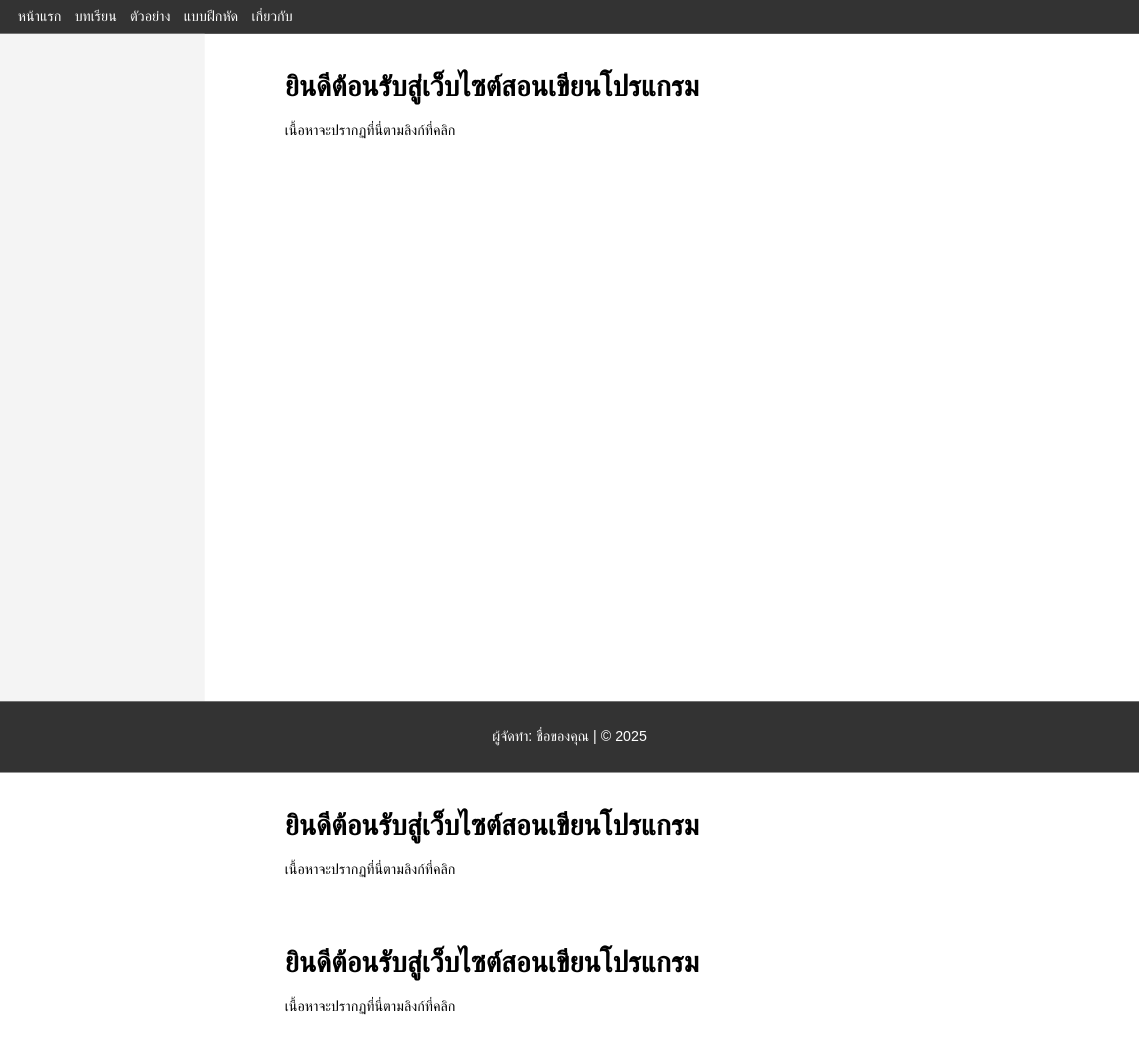
Repository: staggil/thesis
Page: index.html
The author's editor kept a copy of each file at every save. The page is drawn from the files as they stood at one save, then again after the next save.
The browser window is 1280 px wide. The pictures show the whole page, at 89% of full size.

Above is the page before, as saved 2025-12-08 03:38:48.

### index.html
<!DOCTYPE html>
<html lang="th">
<head>
    <meta charset="UTF-8">
    <meta name="viewport" content="width=device-width, initial-scale=1.0">
    <title>เว็บไซต์สอนเขียนโปรแกรม</title>
    <link rel="stylesheet" href="style.css">
    <script src="script.js" defer></script>
</head>
<body data-sidebar="/components/empty.html">

    <!-- Header -->
    <div id="header-placeholder"></div>

    <!-- Sidebar -->
    <div id="sidebar-placeholder"></div>

    <!-- Content -->
    <main id="main-content">
        <h1>ยินดีต้อนรับสู่เว็บไซต์สอนเขียนโปรแกรม</h1>
        <p>เนื้อหาจะปรากฏที่นี่ตามลิงก์ที่คลิก</p>
    </main>

    <!-- Footer -->
    <div id="footer-placeholder"></div>

</body>
</html>
<!DOCTYPE html>
<html lang="th">
<head>
    <meta charset="UTF-8">
    <meta name="viewport" content="width=device-width, initial-scale=1.0">
    <title>เว็บไซต์สอนเขียนโปรแกรม</title>
    <link rel="stylesheet" href="style.css">
    <script src="script.js" defer></script>
</head>
<body class="empty" data-sidebar="/components/empty.html">

    <!-- Header -->
    <div id="header-placeholder"></div>

    <!-- Sidebar -->
    <div id="sidebar-placeholder"></div>

    <!-- Content -->
    <main id="main-content">
        <h1>ยินดีต้อนรับสู่เว็บไซต์สอนเขียนโปรแกรม</h1>
        <p>เนื้อหาจะปรากฏที่นี่ตามลิงก์ที่คลิก</p>
    </main>

    <!-- Footer -->
    <div id="footer-placeholder"></div>

</body>
</html>
<!DOCTYPE html>
<html lang="th">
<head>
    <meta charset="UTF-8">
    <meta name="viewport" content="width=device-width, initial-scale=1.0">
    <title>เว็บไซต์สอนเขียนโปรแกรม</title>
    <link rel="stylesheet" href="style.css">
    <script src="script.js" defer></script>
</head>
<body data-sidebar="/components/empty.html">

    <!-- Header -->
    <div id="header-placeholder"></div>

    <!-- Sidebar -->
    <div id="sidebar-placeholder"></div>

    <!-- Content -->
    <main id="main-content">
        <h1>ยินดีต้อนรับสู่เว็บไซต์สอนเขียนโปรแกรม</h1>
        <p>เนื้อหาจะปรากฏที่นี่ตามลิงก์ที่คลิก</p>
    </main>

    <!-- Footer -->
    <div id="footer-placeholder"></div>

</body>
</html>

### style.css
/* =========================
   Reset & Body
   ========================= */
body {
    margin: 0;
    font-family: Arial, sans-serif;
    box-sizing: border-box;
}

/* =========================
   Header
   ========================= */
header {
    background-color: #333;
    color: white;
    padding: 10px 20px;
}

.navbar ul {
    list-style: none;
    display: flex;
    gap: 15px;
    padding: 0;
    margin: 0;
}

.navbar ul li a {
    color: white;
    text-decoration: none;
}

/* =========================
   Sidebar
   ========================= */
#sidebar {
    width: 200px;               /* กำหนดความกว้าง */
    background-color: #f4f4f4;  /* สีพื้นหลัง */
    padding: 15px;              /* ระยะขอบภายใน */
    float: left;                /* ลอยซ้าย */
    height: 100vh;              /* ความสูงเต็มหน้าจอ */
    overflow-y: auto;           /* scroll ถ้ายาวเกิน */
}

#sidebar ul {
    list-style: none;
    padding: 0;
}

#sidebar ul li {
    margin-bottom: 10px;
}

#sidebar ul li a {
    text-decoration: none;
    color: #333;
    display: block;
    padding: 8px;
    border-radius: 4px;
    transition: background 0.3s;
}

#sidebar ul li a:hover {
    background-color: #ddd;
}

/* =========================
   Main Content
   ========================= */
#main-content {
    padding: 20px;          /* ระยะขอบภายใน */
    margin-left: 300px;     /* เว้นระยะจาก sidebar (sidebar width + 20px) */
    max-width: 700px;
}

/* กรณีหน้า index.html ไม่มี sidebar */
body.index #main-content {
    margin-left: 0;
    max-width: 700px;        /* กว้างเท่ากับหน้าที่มี sidebar */
    margin: 0 auto;          /* จัด content กลางหน้า */
}

/* =========================
   Footer
   ========================= */
footer {
    clear: both;
    background-color: #333;
    color: white;
    text-align: center;
    padding: 15px;
    position: relative;
}

/* =========================
   Responsive (มือถือ)
   ========================= */
@media screen and (max-width: 768px) {
    #sidebar {
        width: 100%;
        height: auto;
        float: none;
    }
    #main-content {
        margin-left: 0;
        padding: 15px;
    }

    .navbar ul {
        flex-direction: column;
        gap: 5px;
    }
}

### script.js
function loadComponent(filePath, elementId) {
    if (!filePath) return;
    const el = document.getElementById(elementId);
    if (!el) {
        console.error(`ไม่พบ element id="${elementId}"`);
        return;
    }
    fetch(filePath)
        .then(response => {
            if (!response.ok) throw new Error("ไม่พบไฟล์ " + filePath);
            return response.text();
        })
        .then(data => {
            el.innerHTML = data;
        })
        .catch(error => console.error(error));
}

document.addEventListener("DOMContentLoaded", function() {
    loadComponent("/components/header.html", "header-placeholder");
    loadComponent("/components/footer.html", "footer-placeholder");

    const sidebarFile = document.body.getAttribute("data-sidebar");
    loadComponent(sidebarFile, "sidebar-placeholder");
});

### components/header.html
<header>
    <nav class="navbar">
        <ul>
            <li><a href="/index.html">หน้าแรก</a></li>
            <li><a href="/lessons/intro.html">บทเรียน</a></li>
            <li><a href="/examples/draw-rect.html">ตัวอย่าง</a></li>
            <li><a href="/exercises/exercise1.html">แบบฝึกหัด</a></li>
            <li><a href="/about/about.html">เกี่ยวกับ</a></li>
        </ul>
    </nav>
</header>

### components/footer.html
<footer>
    <p>ผู้จัดทำ: ชื่อของคุณ | © 2025</p>
</footer>

### components/empty.html
<aside id="sidebar" class="empty-sidebar">
    <ul>

    </ul>
</aside>

After the next save:
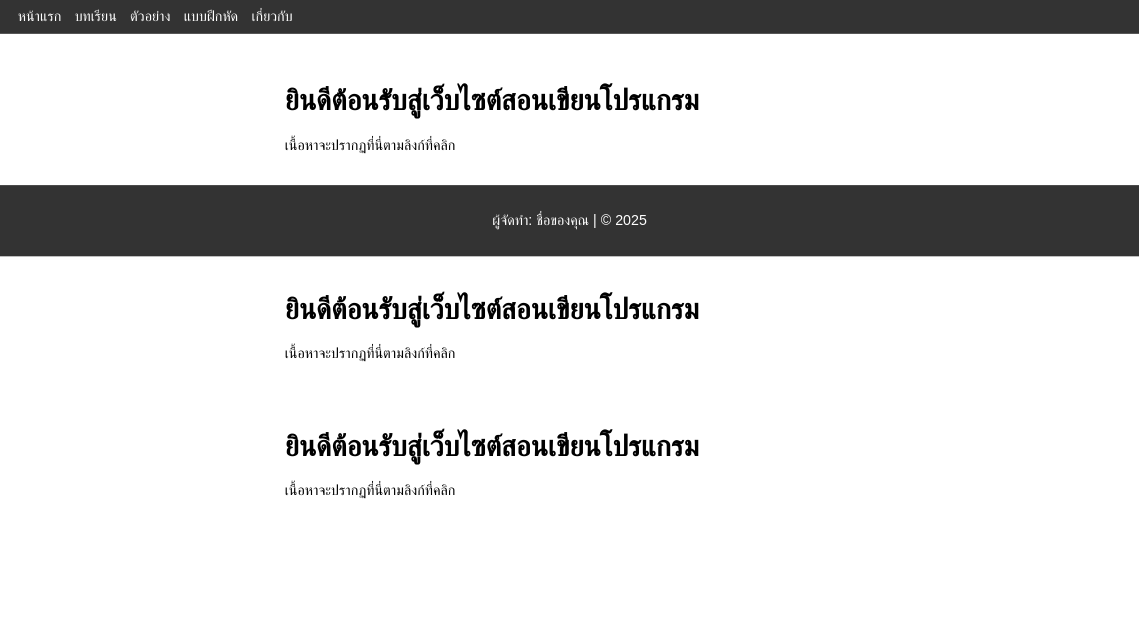
Saved 72 s later.
--- a/style.css
+++ b/style.css
@@ -110,3 +110,15 @@
         gap: 5px;
     }
 }
+
+/* =========================
+   Empty sidebar
+   ========================= */
+#sidebar.empty-sidebar {
+    background-color: #fff;  /* สีเดียวกับ container ของ main-content */
+    padding: 0;              /* ไม่ต้องมี padding */
+    width: 0;                /* ไม่กินพื้นที่ */
+    float: none;             /* ไม่ลอยซ้าย */
+    height: auto;
+    overflow: visible;
+}

After the 3 saves that followed:
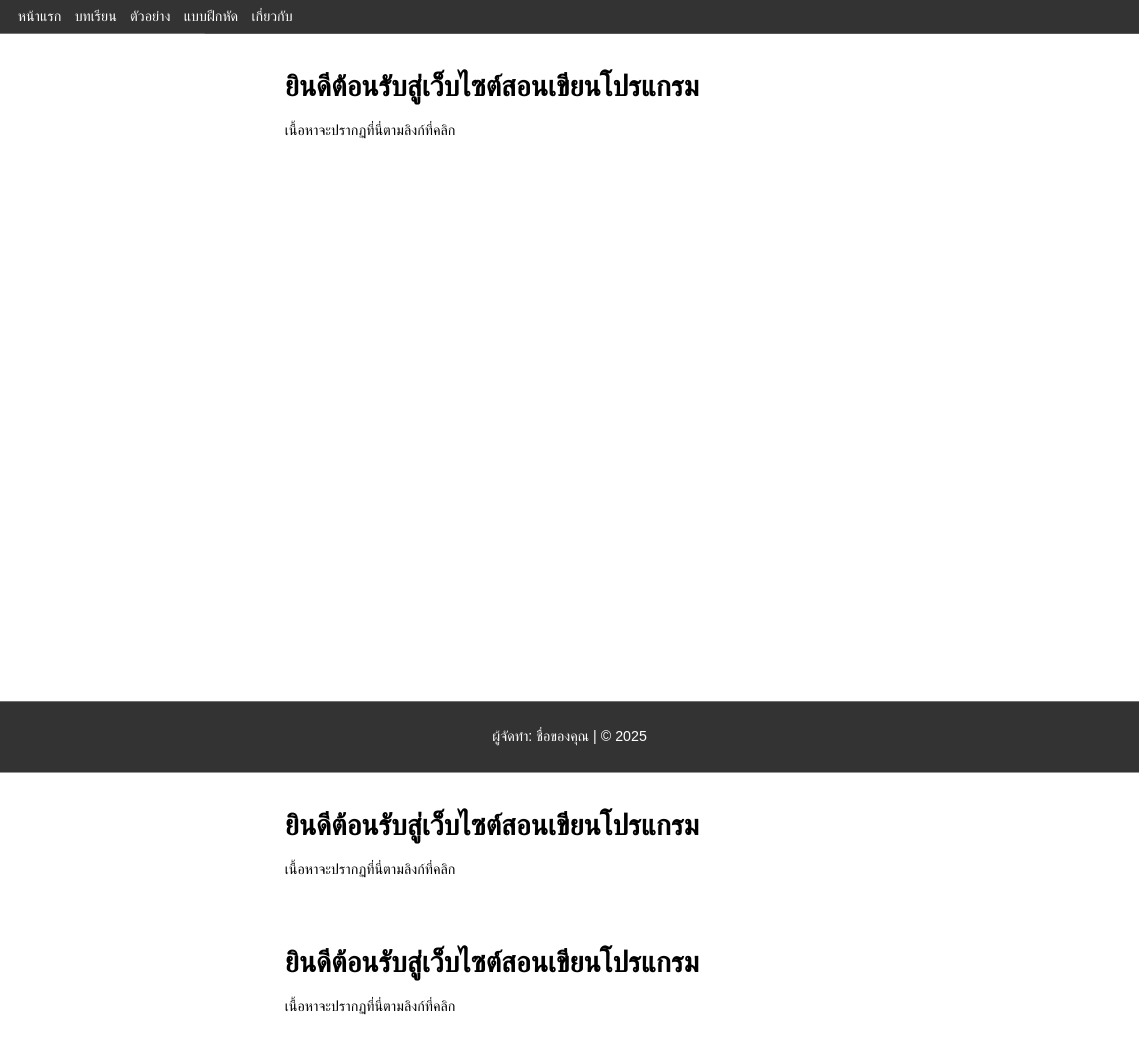
The 3 saves are shown as one change because 2 left the picture as it was.
The last was saved 5 min 43 s later.
--- a/style.css
+++ b/style.css
@@ -115,10 +115,7 @@
    Empty sidebar
    ========================= */
 #sidebar.empty-sidebar {
-    background-color: #fff;  /* สีเดียวกับ container ของ main-content */
-    padding: 0;              /* ไม่ต้องมี padding */
-    width: 0;                /* ไม่กินพื้นที่ */
-    float: none;             /* ไม่ลอยซ้าย */
-    height: auto;
-    overflow: visible;
+    background-color: #fff;   /* สีเดียวกับ container */
+    padding: 15px;            /* คง padding เดิมถ้าอยากให้ layoutเหมือนหน้าที่มี sidebar */
+    /* อย่าแก้ width หรือ float */
 }
